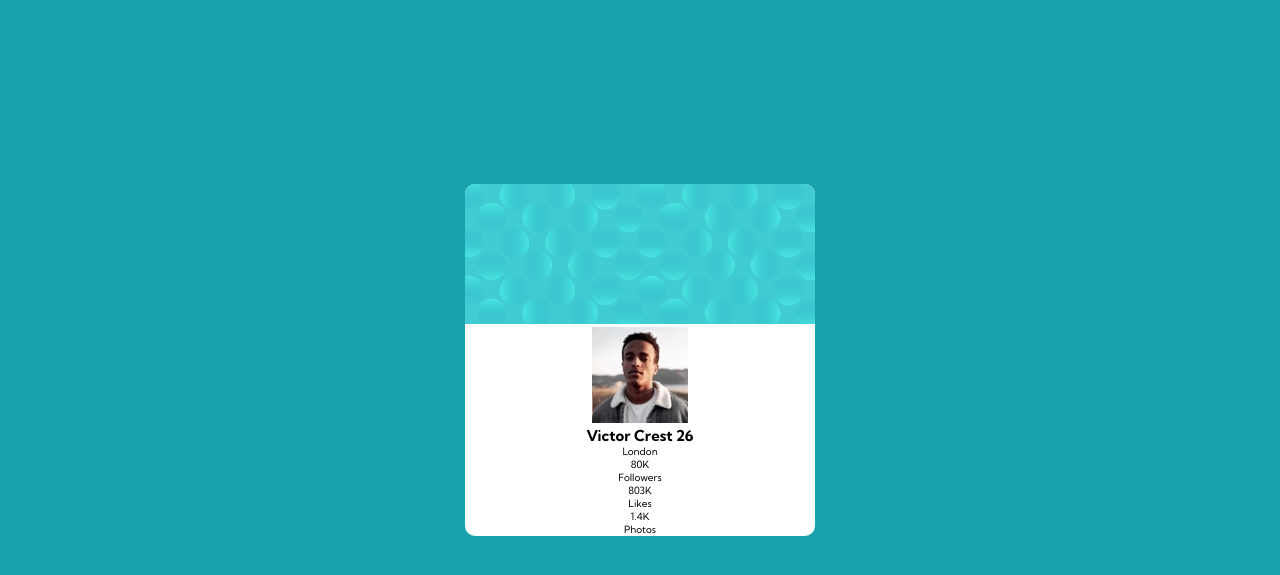
Repository: thaibaocoder1/profile-card-component-main
Page: index.html
The author's editor kept a copy of each file at every save. The page is drawn from the files as they stood at one save, then again after the next save.
The browser window is 1280 px wide. The pictures show the whole page.

Above is the page before, as saved 2023-01-11 13:48:25.

After the next save:
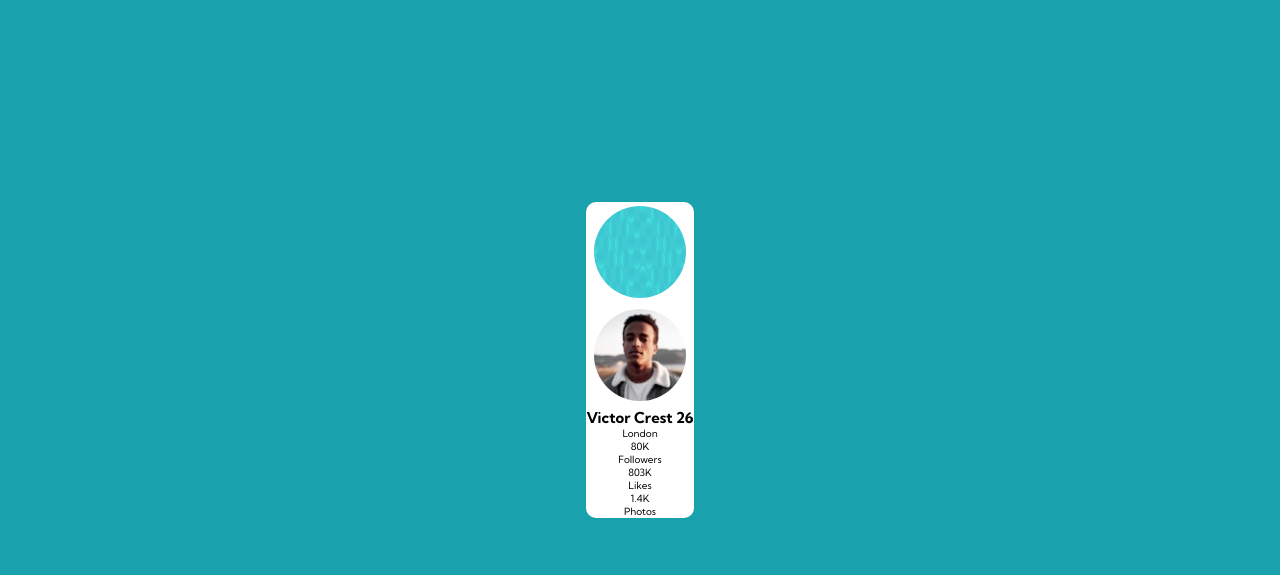
Saved 55 s later.
--- a/style.css
+++ b/style.css
@@ -36,3 +36,9 @@ body {
     overflow: hidden;
     margin: 1rem;
 }
+.card__wrapper img {
+    width: 10rem;
+    height: 10rem;
+    border-radius: 50%;
+    border: 4px solid #fff;
+}
